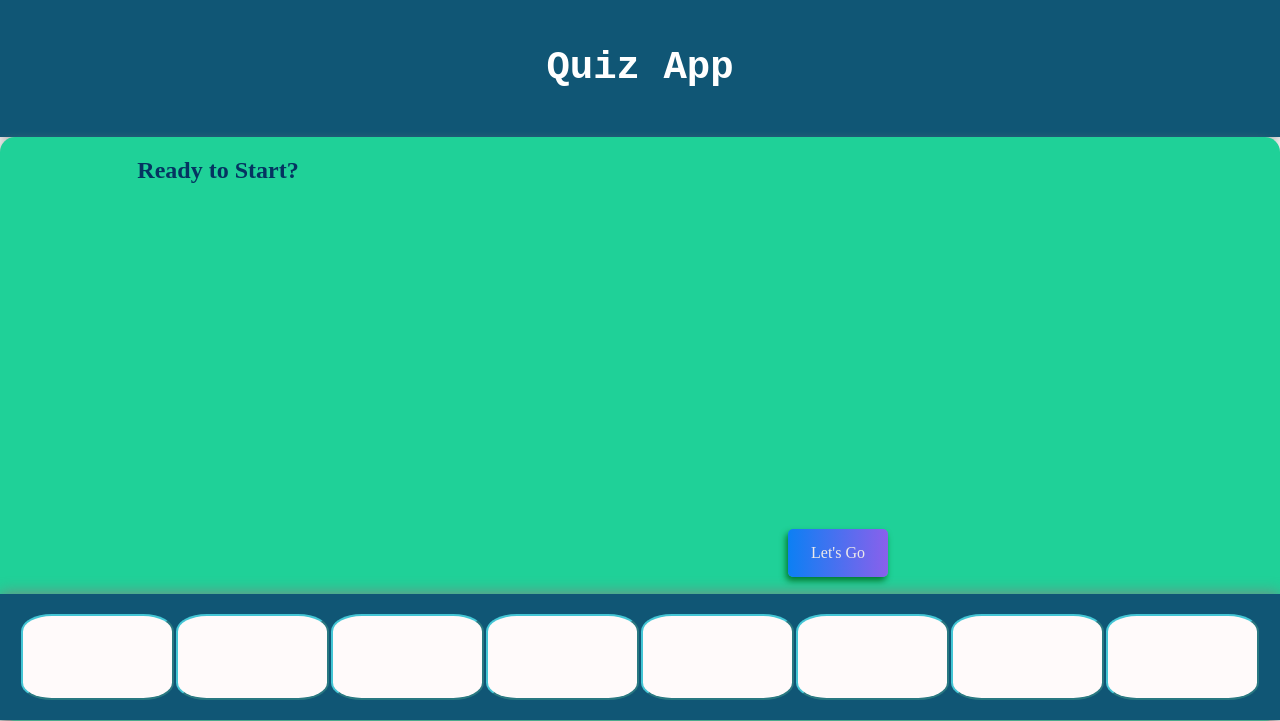
Repository: tpic12/quiz_app
Page: index.html
The author's editor kept a copy of each file at every save. The page is drawn from the files as they stood at one save, then again after the next save.
The browser window is 1280 px wide. The pictures show the whole page.

Above is the page before, as saved 2019-12-28 15:43:07.

### index.html
<!DOCTYPE html>
<html lang="en">

<head>
  <meta charset="UTF-8">
  <meta name="viewport" content="width=device-width, initial-scale=1.0">
  <meta http-equiv="X-UA-Compatible" content="ie=edge">
  <title>Quiz App</title>
  <link href="https://cdnjs.cloudflare.com/ajax/libs/normalize/8.0.1/normalize.min.css" rel="stylesheet"
    type="text/css" />
  <link href="app.css" rel="stylesheet" type="text/css" />
</head>

<body>
  <header>
    <section class='banner'>
      <h1>Quiz App</h1>
    </section>
  </header>
  <main class='display'>

  </main>
  <footer>
    <section class='counts'>
        <div class='count 0'></div>
        <div class='count 1'></div>
        <div class='count 2'></div>
        <div class='count 3'></div>
        <div class='count 4'></div>
        <div class='count 5'></div>
        <div class='count 6'></div>
        <div class='count 7'></div>
    </section>
  </footer>
  <script src="https://code.jquery.com/jquery-3.4.1.slim.js" crossorigin="anonymous"></script>
  <script src="app.js"></script>
</body>

</html>

### app.css
/* Your styles should be mobile-first and responsive */

/**
  * If you are unclear on how to utilize a mobile-first, responsive technique to write your CSS, here is an example:
  *
  * https://github.com/andreacardybailey/responsive_example/blob/master/styles/responsive-base.css
  *
*/
* {
  box-sizing: border-box;
  margin: 0 auto;
}

.banner h1 {
  font-family: monospace;
  font-size: 3em;
}

.banner,
footer {
  color: white;
  font-family: monospace;
  padding: 20px;
  width: 100%;
  text-align: center;
  background-color: hsl(198, 76%, 26%);
  box-shadow: 0px 0px 15px grey;
  border-bottom: none;
  left: 0;
}

.main_card {
  display: flex;
  min-width: 40vw;
  min-height: 40vh;
  text-align: center;
  justify-content: center;
  align-content: space-around;
  background-color: hsl(161, 74%, 47%);
  border-radius: 15px;
  padding: 20px;
  border: none;
  box-shadow: -2px 6px 12px grey;
}

button {
  margin: 30%;
  margin-bottom: 10%;
  color: hsl(0, 7%, 92%);
  background: linear-gradient(90deg, hsl(210, 91%, 50%), hsl(258, 78%, 65%));
  border: none;
  max-width: 130px;
  min-width: 100px;
  border-radius: 5px;
  padding: 15px;
  box-shadow: -2px 4px 6px hsl(142, 98%, 24%);
}

.main_card > form#qForm {
  display: flex;
  flex-flow: column wrap;
  justify-content: center;
  text-align: center;
  margin: 0 auto;
  width: 60vw;
}

.main_card > h2 {
  justify-self: center;
  font-weight: bolder;
  color: hsl(210, 90%, 20%);
}

#qForm > div {
  margin-left: 5vw;
  margin-right: auto;
}

footer {
  position: fixed;
  bottom: 0;
  left: 0;
  max-height: 20vh;
}

.counts {
  display: flex;
  justify-content: space-evenly;
}

.count {
  border: 2px outset hsl(186, 63%, 55%);
  font-family: 'Gill Sans', 'Gill Sans MT', Calibri, 'Trebuchet MS', sans-serif;
  border-radius: 20%;
  flex-direction: row;
  width: 12vw;
  height: 12vh;
  background-color: hsl(0, 100%, 99%);
  padding: 15px;
  -webkit-border-radius: 20%;
  -moz-border-radius: 20%;
  -ms-border-radius: 20%;
  -o-border-radius: 20%;
}

h1 {
  font-family: sans-serif;
}

.green {
  background-color: green !important;
}

.red {
  background-color: red !important;
}

#snackbar > p {
  visibility: hidden;
  min-width: 15vw;

  color: #fff;
  text-align: center;
  align-content: flex-start;
  padding: 5px;
  position: absolute;
  z-index: 1;
  left: ;
  top: -30px;
}

#snackbar.show {
  visibility: visible;
  /-webkit-animation: fadein 0.5s, fadeout 0.5s 2.5s;
  animation: fadein 0.5s, fadeout 0.5s 2.5s;
}

@media screen and (max-width: 450px) {
  .main_card {
    flex-flow: row wrap;
    max-width: 90vw;
  }

  #qForm {
    font-size: 0.8em;
    padding: 5px !important;
    margin: 5px;
    flex-flow: column wrap !important;
  }
  #qForm > div {
    margin-left: 15px;
    margin-right: auto;
  }
  #qForm > input {
    display: inline-block !important;
  }

  #qForm > label {
    display: inline-block !important;
  }
  footer {
    height: 40vh;
    overflow: scroll;
  }
  .counts {
    flex-direction: column;
  }

  .count {
    width: 100%;
    margin: 5px;
    height: 20px;
    border: 1px solid aquamarine;
    border-radius: 0;
    -webkit-border-radius: 0;
    -moz-border-radius: 0;
    -ms-border-radius: 0;
    -o-border-radius: 0;
  }
}

### app.js
/**
 * Example store structure
 */
'use strict';

const STORE = {
  // 5 or more questions are required
  questions: [
    {
      question: 'How many items in a bakers dozen??',
      answers: ['11', '12', '13', '3'],
      correctAnswer: '13'
    },
    {
      question: 'What month is Oktoberfest held?',
      answers: ['September', 'October', 'Every Month', 'August'],
      correctAnswer: 'September'
    },
    {
      question: 'What color is an Orange Blossom?',
      answers: ['Red', 'Orange', 'Pink', 'White'],
      correctAnswer: 'White'
    },
    {
      question: 'Where did the Panama Hat originate?',
      answers: ['Ecuador', 'Panama', 'China', 'Cuba'],
      correctAnswer: 'Ecuador'
    },
    {
      question: 'What are toy marbles made from?',
      answers: ['Plastic', 'Quartz', 'Diamond', 'Glass'],
      correctAnswer: 'Glass'
    },
    {
      question: 'How many gallons are in a ten-gallon hat?',
      answers: [
        'Half a Gallon',
        'Ten-Gallons',
        'Three-Fourths of a Gallon',
        'Give-Gallon'
      ],
      correctAnswer: 'Three-Fourths of a Gallon'
    },
    {
      question: 'What is the biggest animal to ever live?',
      answers: ['Mammoth', 'T-Rex', 'Blue Whale', 'Brontosaurus'],
      correctAnswer: 'Blue Whale'
    },
    {
      question: 'Where is the red-bellied woodpecker predominately red?',
      answers: ['Head', 'Wings', 'Feet', 'Belly'],
      correctAnswer: 'Head'
    }
  ],
  questionNumber: 0,
  score: 0,
  quizStart: false
};

/**
 *
 * Your app should include a render() function, that regenerates
 * the view each time the store is updated. See your course
 * material, consult your instructor, and reference the slides
 * for more details.
 *
 * NO additional HTML elements should be added to the index.html file.
 *
 * You may add attributes (classes, ids, etc) to the existing HTML elements, or link stylesheets or additional scripts if necessary
 *
 */

/**
 * This function renders the quiz after you start, ...
 * answer a question, or restart the quiz
 */
function renderStartQuiz() {
  const mainCard = `<section class="main_card">
      <h2>Ready to Start?</h2>
      <button type='submit' id='start_quiz'>Let's Go</button>
    </section>`;

  $('.display').html(mainCard);

  $('.display').on('click', '#start_quiz', function(event) {
    event.preventDefault();
    STORE.quizStart = true;
    $('.main_card')
      .children()
      .remove();
    handleQuiz();
  });
}
/**
 * renders question one at a time depending on question number
 */
function renderQuestion() {
  if (
    STORE.questionNumber === STORE.questions.length &&
    STORE.questionNumber > 1
  ) {
    renderResults();
  } else {
    const qCard = `<h2>${STORE.questions[STORE.questionNumber].question}</h2>
    <form id="qForm">
<div>
        <input type='radio' name='answer' id='q1' value="${
          STORE.questions[STORE.questionNumber].answers[0]
        }"/><label for='q1' id='0'>${
      STORE.questions[STORE.questionNumber].answers[0]
    }</label>
</div>
<div>
        <input type='radio' name='answer' id='q2' value="${
          STORE.questions[STORE.questionNumber].answers[1]
        }"/><label for='q2' id='1'>${
      STORE.questions[STORE.questionNumber].answers[1]
    }</label></div>

    <div>
        <input type='radio' name='answer' id='q3' value="${
          STORE.questions[STORE.questionNumber].answers[2]
        }"/><label for='q3' id='2'>${
      STORE.questions[STORE.questionNumber].answers[2]
    }</label>
</div><div>
        <input type='radio' name='answer' id='q4' value="${
          STORE.questions[STORE.questionNumber].answers[3]
        }"/><label for='q4' id='3'>${
      STORE.questions[STORE.questionNumber].answers[3]
    }</label></div><br>
    <form>
    <button type='submit' id='submit_answer'>Final Answer</button>`;

    $('.main_card').html(qCard);
    $('input:checked').on('su');
    $('.main_card').on('click', '#submit_answer', function(event) {
      event.preventDefault();
      checkAnswer();
      //original next question spot

      $('.main_card')
        .children()
        .remove();

      handleQuiz();
    });
  }
}
/**
 * renders results page

 */

function generateResults(finalScore, numberOfQuestions) {
  return `<h2>You scored ${finalScore} out of ${numberOfQuestions}!</h2><button id='restart'>Restart Quiz</button>`;
}

/* Render results element with button that restarts the quiz*/
function renderResults() {
  let score = STORE.score;
  let num = STORE.questionNumber;

  $('.main_card').html(generateResults(score, num));
  $('#restart').click(function(event) {
    event.preventDefault();
    console.log('Restarting Quiz');

    STORE.questionNumber = 0;
    STORE.score = 0;
    $('.count')
      .removeClass('snackbar')
      .removeClass('red')
      .removeClass('green')
      .removeClass('show')
      .text('');
    renderStartQuiz();
  });
}

/**
 * this function checks the correctnes of the answer
 */
function checkAnswer() {
  let form = document.getElementById('qForm');
  let ans = form['answer'];
  for (let i = 0; i < ans.length; i++) {
    //is a button checked
    if (ans[i].checked) {
      //compare value of ans[i] to correct answer
      if (
        ans[i].value === STORE.questions[STORE.questionNumber].correctAnswer
      ) {
        scoreKeeper(true);
      } else {
        scoreKeeper(false);
      }
    }
  }
}

function generateAnswerSnackbar(questionAnswer) {
  return `<div class=.${STORE.questionNumber}>
              <p>Sorry, the correct answer is ${questionAnswer}</p>
          </div>`;
}

function scoreKeeper(bool) {
  if (bool === true) {
    console.log('plus 1 point');
    STORE.score++;
    $(`.${STORE.questionNumber}`)
      .addClass('green')
      .addClass('snackbar')
      .html(`<p>Correct!</p>`);
    $('section.main_card');
    console.log('next q!');
    STORE.questionNumber++;
  }
  if (bool === false) {
    console.log('no points for you');
    $(`.${STORE.questionNumber}`)
      .addClass('red')
      .addClass('snackbar')
      .html(
        generateAnswerSnackbar(
          STORE.questions[STORE.questionNumber].correctAnswer
        )
      );
    console.log('next q!');
    STORE.questionNumber++;
  }
}

function handleQuiz() {
  if (STORE.quizStart === false) {
    renderStartQuiz();
  } else {
    renderQuestion();
  }
}

$(handleQuiz);

After the next save:
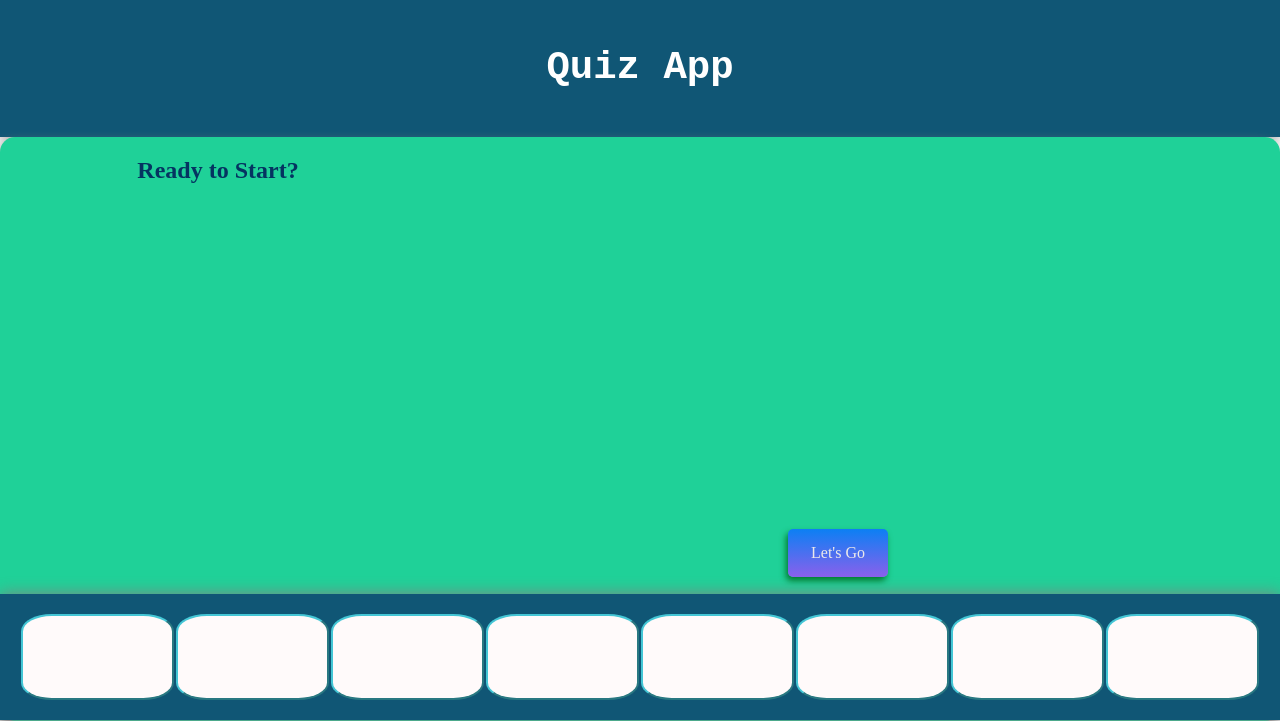
Saved 5 s later.
--- a/app.css
+++ b/app.css
@@ -47,7 +47,7 @@ button {
   margin: 30%;
   margin-bottom: 10%;
   color: hsl(0, 7%, 92%);
-  background: linear-gradient(90deg, hsl(210, 91%, 50%), hsl(258, 78%, 65%));
+  background: linear-gradient(180deg, hsl(210, 91%, 50%), hsl(258, 78%, 65%));
   border: none;
   max-width: 130px;
   min-width: 100px;
